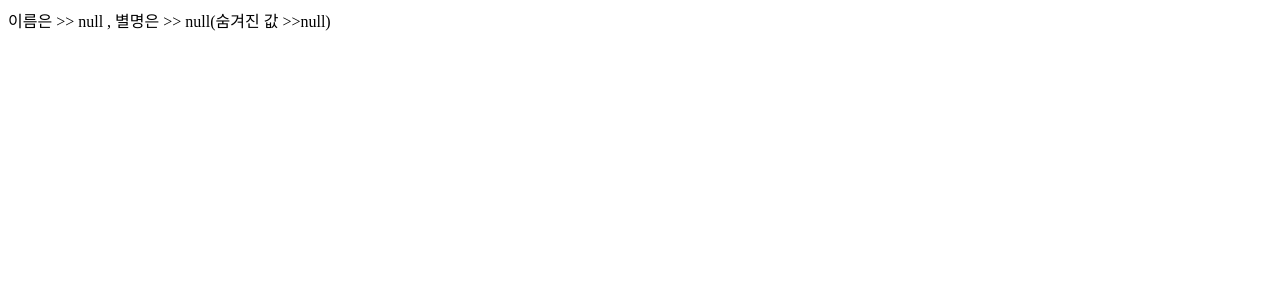
Repository: sunday1284/03_Web
Page: http://localhost/WebPro/1028/form.jsp
The author's editor kept a copy of each file at every save. The page is drawn from the files as they stood at one save, then again after the next save.
The browser window is 1280 px wide. The pictures show the whole page.
The page is served by Tomcat 9.

Above is the page before, as saved 2024-10-29 06:08:45.

### WebPro/src/main/webapp/1028/form.jsp
<%@ page language="java" contentType="text/html; charset=UTF-8"
    pageEncoding="UTF-8"%>
<%
	/* 자바코드 작성 공간 */
/* 	request.getParameter("키 정보")
 */	String name = request.getParameter("erum");
	String alas = request.getParameter("alias");
	String hdn = request.getParameter("hddn");
	String gender = request.getParameter("gd");

%>

<%-- <%=변수명  %> --%>

이름은 >> <%=name %> , 별명은 >> <%=alas %>(숨겨진 값 >><%=hdn %>)

After the next save:
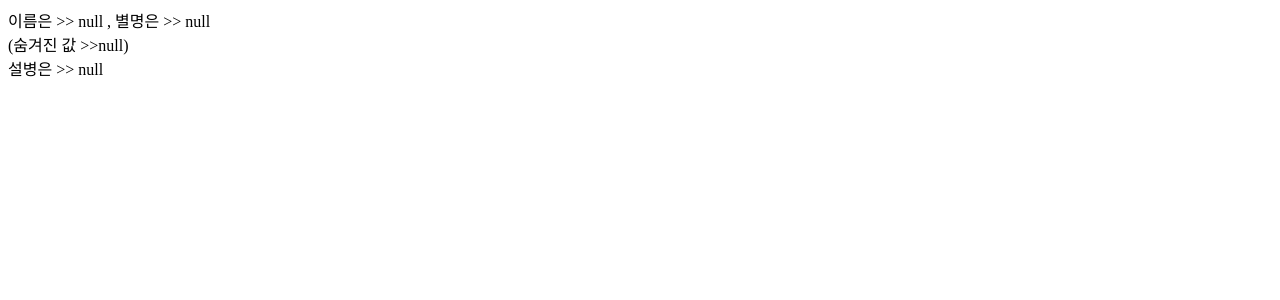
Saved 39 s later.
--- a/WebPro/src/main/webapp/1028/form.jsp
+++ b/WebPro/src/main/webapp/1028/form.jsp
@@ -12,4 +12,6 @@
 
 <%-- <%=변수명  %> --%>
 
-이름은 >> <%=name %> , 별명은 >> <%=alas %>(숨겨진 값 >><%=hdn %>)
+이름은 >> <%=name %> , 별명은 >> <%=alas %> <br>
+(숨겨진 값 >><%=hdn %>) <br>
+설병은 >> <%= gender%>
